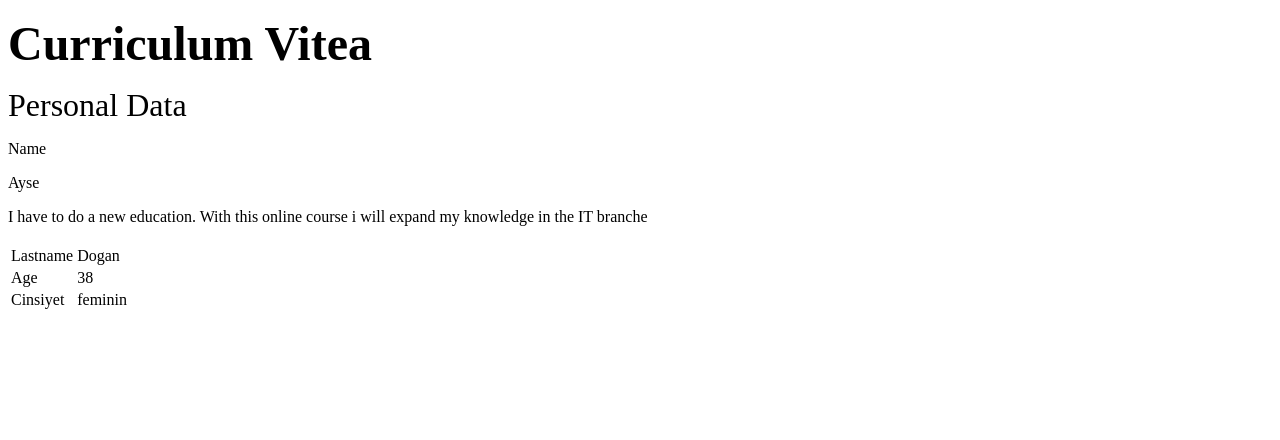
Repository: aysedo/html
Page: Week_2/profile/index.html
The author's editor kept a copy of each file at every save. The page is drawn from the files as they stood at one save, then again after the next save.
The browser window is 1280 px wide. The pictures show the whole page.

Above is the page before, as saved 2021-08-25 21:11:00.

### Week_2/profile/index.html
<!DOCTYPE html>
<html lang="en">
  <head>
    <meta charset="UTF-8" />
    <meta http-equiv="X-UA-Compatible" content="IE=edge" />
    <meta name="viewport" content="width=device-width, initial-scale=1.0" />
    <title>Document</title>
  </head>
  <body>
    <titel>
      <p align="center" ></p><b><font size="11">Curriculum Vitea </font></b></p></titel>
      <p> <font size="6">Personal Data</font></p>
      <table>
        <tr>
          <p> Name </p>
          <p> Ayse </p>
          <tr>
          <td> Lastname </td>
          <td> Dogan </td>
          </tr>
          <td> Age </td>
          <td> 38 </td>
          <tr>
          <td>Cinsiyet</td>
          <td>feminin</td>
          <tr/>
          <p>I have to do a new education. With this online course i will expand my knowledge in the IT branche</p>

          <address> </address>
        </tr>
      </table>

  </body>
</html>

After the next save:
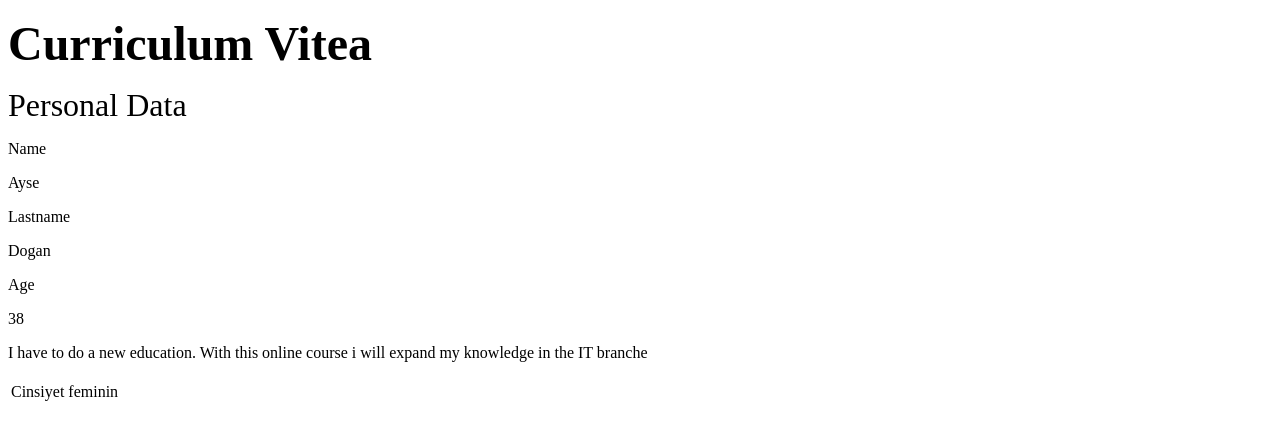
Saved 101 s later.
--- a/Week_2/profile/index.html
+++ b/Week_2/profile/index.html
@@ -14,12 +14,10 @@
         <tr>
           <p> Name </p>
           <p> Ayse </p>
-          <tr>
-          <td> Lastname </td>
-          <td> Dogan </td>
-          </tr>
-          <td> Age </td>
-          <td> 38 </td>
+          <p> Lastname </p>
+          <p> Dogan </p>
+          <p> Age </p>
+          <p> 38 </p>
           <tr>
           <td>Cinsiyet</td>
           <td>feminin</td>
